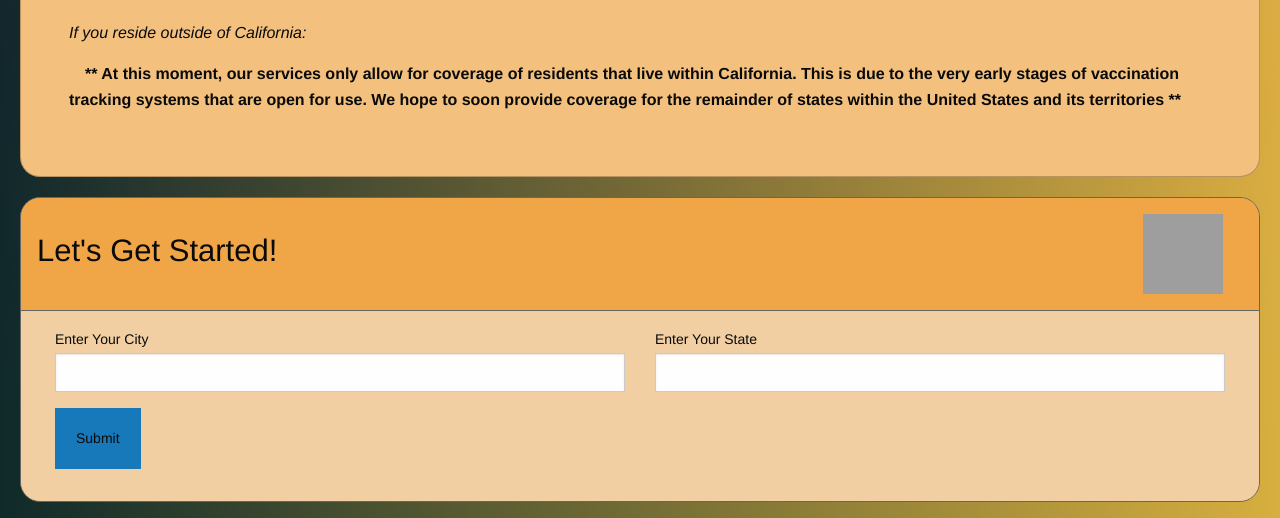
Repository: seddboi/Save-A-Shot
Page: index.html
The author's editor kept a copy of each file at every save. The page is drawn from the files as they stood at one save, then again after the next save.
The browser window is 1280 px wide. The pictures show the part of the page from y = 1198 to 1716 px (the page is 1716 px tall before and 1702 px after).
Pictures or frames that could not be fetched are drawn as grey boxes. A picture or video elsewhere on the page could not be fetched, so the positions and the page height are approximate. The page's requests for data from a server got no answer. Some web libraries are served in a nearby version.

Above is the page before, as saved 2021-03-19 18:31:34.

### index.html
<!DOCTYPE html>
<html lang="en">
  <head>
    <meta charset="UTF-8" />
    <meta name="viewport" content="width=device-width, initial-scale=1.0" />
    <meta http-equiv="X-UA-Compatible" content="ie=edge" />

    <link rel="stylesheet" href="https://pro.fontawesome.com/releases/v5.10.0/css/all.css"
    integrity="sha384-AYmEC3Yw5cVb3ZcuHtOA93w35dYTsvhLPVnYs9eStHfGJvOvKxVfELGroGkvsg+p"
    crossorigin="anonymous"
    />

    <link rel="stylesheet" href="https://cdn.jsdelivr.net/npm/foundation-sites@6.6.3/dist/css/foundation.min.css"
    integrity="sha256-ogmFxjqiTMnZhxCqVmcqTvjfe1Y/ec4WaRj/aQPvn+I="
    crossorigin="anonymous">

    <link rel="stylesheet" href="./assets/css/style.css" />
    <title>Save-A-Shot</title>
  </head>

  <body>
    <div class="top-bar">
      <div class="top-bar-left">
        <h5 class="menu-text"><strong><em>Save-A-Shot</em></strong></h5>
      </div>
      <div class="top-bar-right">
        <ul class="menu" id='menu'>
          <li><a href="#mission">About</a></li>
          <li><a href=#services>Services</a></li>
          <li><a href="#start-form">Get Started</a></li>
        </ul>
      </div>
    </div>

    <div class="main-title">
      <div class="main-title-text">
          <h1>Welcome to <br /><strong>Save-A-Shot</strong></h1>
      </div>
    </div>


    <div id ='mission' class="callout grid-x primary clearfix ">
      <div class='grid-x grid-padding-x align-spaced align-middle'>
        <div class='cell small-6'>
          <h3>Our Mission</h3>
          <p>&emsp;As the pandemic spreads wildly around us, we have all had to face the stress and uncertainty of how our safety and health could result in the end. So with Save-A-Shot, we wanted to create a universal mapping program that could assist in keeping you safe from the Coronavirus 19. With the vaccine still being relatively new, there is much uncertainty and confusion of how and where you could get the vaccine. Whether it be for yourself or your loved ones, Save-A-Shot was made out to create a universal guide to locating and scheduling vaccination appointments, at the simple click of a button.</p>
        </div>
        <img id='get-vaccinated-gif' src="https://media.giphy.com/media/FO8CZ01HoTCA5ahQQq/giphy.gif">
      </div>
    </div>

    <div id='services' class="callout large primary">
      <div id='top-section-services' class='grid-x align-justify align-middle'>
        <img id='multi-vax-gif' class='large-order-1 medium-order-1 small-order-2' src='https://media.giphy.com/media/eCYMDIvccUYqNjTXHr/giphy.gif'>
        <div class='cell small-6 large-order-2 medium-order-2 small-order-1 grid-y'>
          <h3>How We Can Help</h3>
          <p><em>If you reside within California:</em>
            <ul>
              <li>We provide information on how widespread the virus is in your area</li>
              <li>We present a localized map of nearby clinics/hospitals/pharmacies that provide COVID 19 vaccination services</li>
              <li>We also provide the ability to follow another link to schedule a vaccination appointment (where availability and accessibility allows)</li>
            </ul>
          </p>
        </div>
      </div>
      <p><em>If you reside outside of California:</em>
        <p>&emsp;<strong>** At this moment, our services only allow for coverage of residents that live within California. This is due to the very early stages of vaccination tracking systems that are open for use. We hope to soon provide coverage for the remainder of states within the United States and its territories **</strong></p>
      </p>
    </div>

    <div id='bottom-form' class="card grid-x" >
      <div id='card-divider'class="card-divider align-justify align-middle">
        <h3 id='start-form'>Let's Get Started!</h3>
        <img id='virus-gif' src="https://media.giphy.com/media/GWW6OQgQyJLHB0rkx3/giphy.gif">
      </div>
      <div class="card-section" id='card-section'>
        <form id='form'>
          <div class="grid-container">
            <div class="grid-x grid-padding-x">
              <div class="medium-6 cell">
                <label>Enter Your City
                  <input id ='city' type="text" >
                </label>
              </div>
              <div class="medium-6 cell">
                <label>Enter Your State
                  <input id='state' type="text" >
                </label>
              </div>
            </div>
            <button type='button' class='button large'>
              <a href='results.html'><label>Submit</label></a>
            </button>
          </div>

          <!-- or ...

          <div class='grid-container'>
            <div class='grid-x grid-padding-x'>
              <label>
                Enter Your Zip Code
                <input id='zipcode' class='cell medium-6' type="number" >
              </label>
            </div>
            <button href='results.html' type='button' class='button'>
              <a href='results.html'><label>Submit</label></a>
            </button>
          </div> -->
        </form>
      </div>
    </div>



    <script src="https://cdnjs.cloudflare.com/ajax/libs/jquery/3.2.1/jquery.min.js"></script>
    <script src='./assets/js/scheduler.js'></script>
  </body>

### assets/css/style.css
* {
    box-sizing: border-box;
}

body {
    background-image: linear-gradient(0deg, rgba(71, 224, 17, 0.15) 0%,rgba(159, 153, 81, 0.15) 100%),linear-gradient(90deg, rgb(5, 10, 46),#f0a647);
}

.top-bar {
    background-color: #f0a647;
    border-radius: 10px;
    margin: 5px;
}

#menu {
    background-color: #f0a647;
}

.main-title {
    background: url("https://cdn.the-scientist.com/assets/articleNo/68059/hImg/40017/istock-1215208129-banner-l.png") 50% no-repeat;
    background-size: cover;
    height: 50vh;
    border-radius: 10px;
    margin-left: 20px;
    margin-right: 20px;
    margin-top: 20px;
    text-align: center;
    display: -webkit-flex;
    display: -ms-flexbox;
    display: flex;
    -webkit-align-items: center;
        -ms-flex-align: center;
            align-items: center;
    -webkit-justify-content: center;
        -ms-flex-pack: center;
            justify-content: center;
}

#bottom-form {
    background-color: #f0a647;
    border: 1px solid#666;
    margin-left: 20px;
    margin-right: 20px;
    margin-top: 20px;
    border-radius: 20px;
}

#card-divider {
    border-bottom: 1px solid #666;
}

#card-divider {
    background-color: #f0a647;
}

.main-title-text {
    color: #fefefe;
    text-shadow: 3px 3px 7px #0a0a0a;
}

#mission {
    margin-left: 20px;
    margin-right: 20px;
    margin-top: 20px;
    border-radius: 20px;
    background-color: #f1ae57;
}

#get-vaccinated-gif {
    width: 300px;
    height: auto;
    border: 1px solid#666;
    border-radius: 7px;
}

#services {
    margin-left: 20px;
    margin-right: 20px;
    margin-top: 20px;
    border-radius: 20px;
    background-color: #f3c07e;
}
#top-section-services {
    margin-bottom: 40px;
}

#multi-vax-gif {
    width: 40%;
    height: 40%;
    border: 1px solid#666;
    border-radius: 7px;
}

#card-section {
    background-color: #f1cfa3;
}

#form {
    background-color: #f1cfa3;
}

#virus-gif {
    width: 80px;
    height: 80px;
    margin-right: 20px;
}

### assets/js/scheduler.js
// This is our Javascript:

var website = "https://api.vaccinateca.com/v1/locations.json"
var zip = 92101;

var dataSet = function(url){
    fetch(url).then(function(response){
        if(response.ok){
            response.json().then(data => {
                console.log(data)
                var count = 0;

                for(var i = 0; i < data.content.length; i++){
                    count++;
                    var address = data.content[i].Address;

                    if("Availability Info" in data.content[i]){
                        var available = data.content[i]["Availability Info"][0];
                        if(available.includes("Yes")){
                            getLocations(zip, address);
                        }
                    }
                    else{
                        continue;
                    }
                }
            })
        }
        else{
            console.log("error: " + response.statusText)
        }
    })
}

function getLocations(zipCode, address){
    try{
        if(address.includes(zipCode)){//might need a function next here.
            console.log(address)
        }
    }catch{
        // need to add something since it returns undefined and might cause a problem later.
        console.log("Error")
    }
}

dataSet(website);

// Starting from here the maps api section is here.
// keep this for now this is using google maps and for the map on the website
// maybe use open street map instead

// var script = document.createElement("script");
// var mapArea = document.createElement("div");
// var key = "AIzaSyAA56LyLz0Je0lF6xwbl9DLhzuI_QOurJM"
// var mapsite = "https://maps.googleapis.com/maps/api/js?key=" + key + "&callback=initMap&libraries=&v=weekly"

// mapArea.id = "map";
// mapArea.style.height = "100%";
// script.src = mapsite;

// document.body.insertBefore(mapArea, document.body.firstChild)
// document.body.appendChild(script);

// let map;

// function initMap() {
//   map = new maps.Map(mapArea, {
//     center: { lat: -34.397, lng: 150.644 },
//     zoom: 8,
//   });
// }

// initMap();

After the next save:
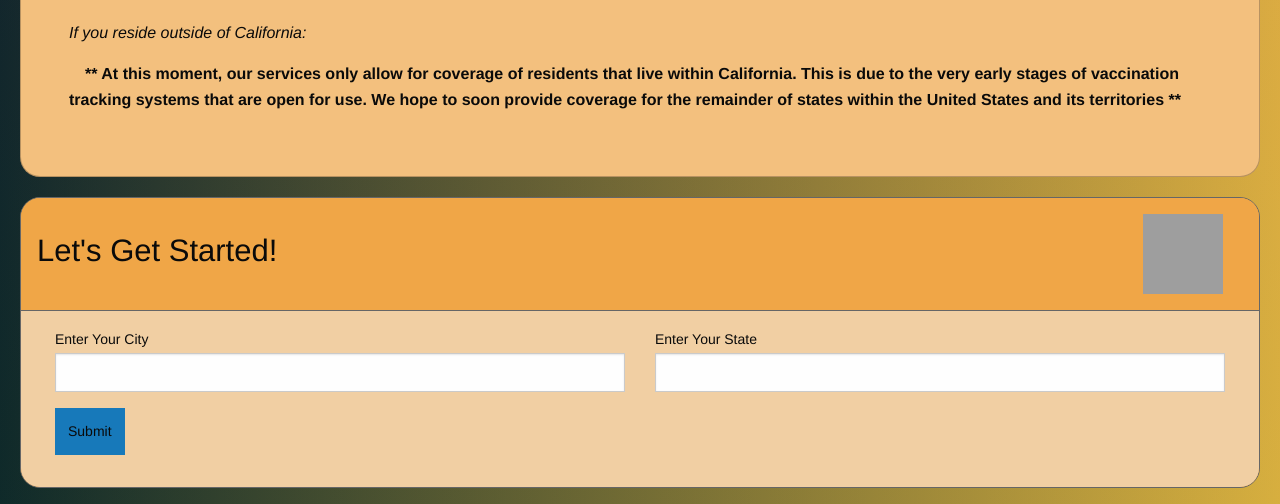
Saved 26 s later.
--- a/index.html
+++ b/index.html
@@ -88,7 +88,7 @@
                 </label>
               </div>
             </div>
-            <button type='button' class='button large'>
+            <button type='button' class='button small'>
               <a href='results.html'><label>Submit</label></a>
             </button>
           </div>
